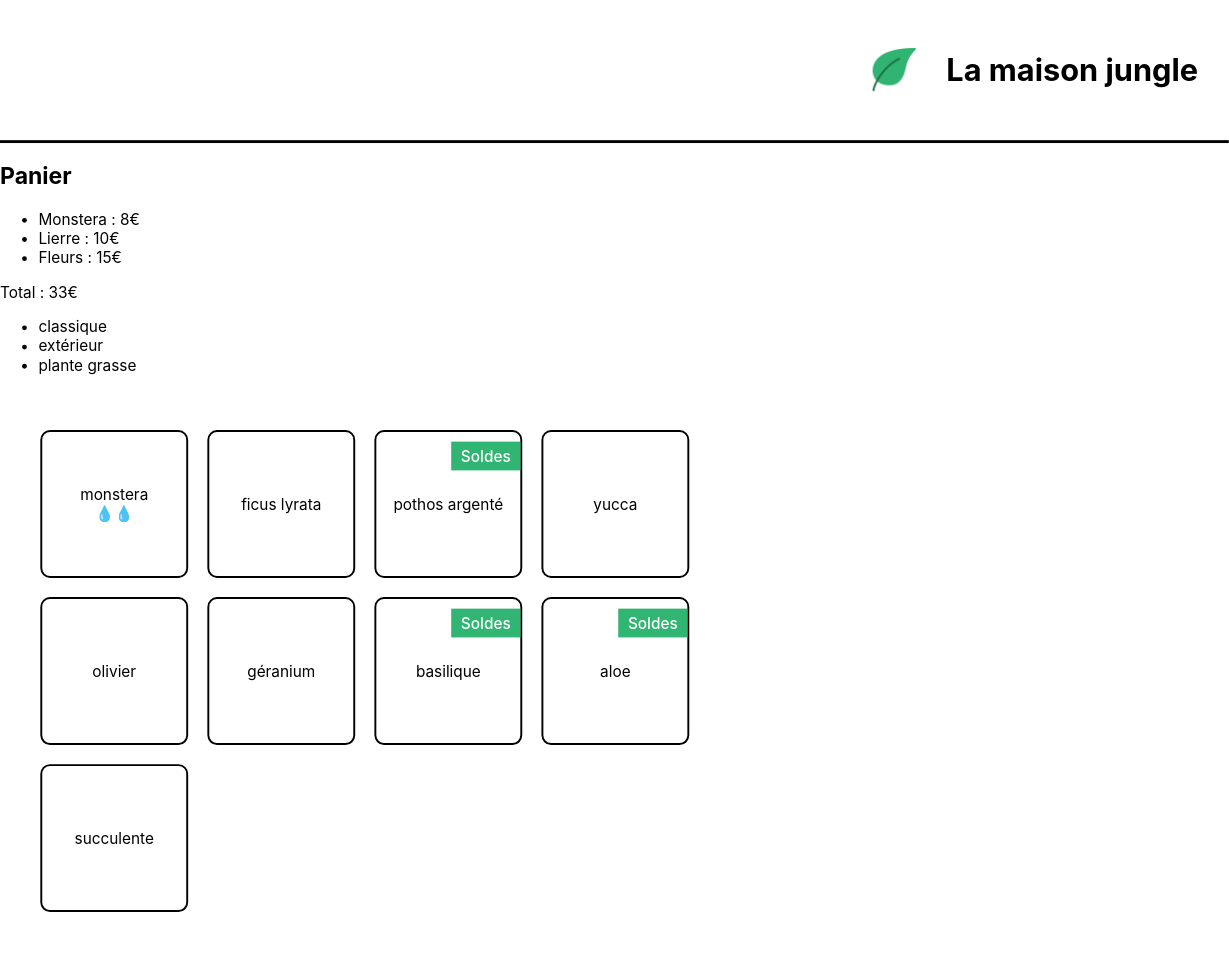
Repository: massndongo/la-maison-junglee
Page: /
These files come from the project's save history. The page is drawn as it stood at one moment and after the next save; the edit follows.
The browser window is 1280 px wide. The pictures show the whole page, at 96% of full size.
The project was rebuilt for these pictures with package versions that can differ from the ones it lists, and the page was loaded fresh each time.

Above is the page before, as saved 2023-03-27 23:53:41.

### src/components/App.js
import Banner from './Banner'
import Cart from './Cart'
import ShoppingList from './ShoppingList'

function App() {
    return <div><Banner /><Cart /><ShoppingList /></div>
}

export default App

### src/components/Banner.js
import logo from '../assets/logo.png'
import '../styles/Banner.css'

function Banner() {
    const title = 'La maison jungle'
    return (
        <div className='lmj-banner'>
            <img src={logo} alt='La maison jungle' className='lmj-logo' />
            <h1 className='lmj-title'>{title}</h1>
        </div>
    )
}

export default Banner

### src/components/Cart.js
function Cart() {
    const monsteraPrice = 8
    const ivyPrice = 10
    const flowerPrice = 15
    return (<div>
        <h2>Panier</h2>
        <ul>
        <li>Monstera : {monsteraPrice}€</li>
         <li>Lierre : {ivyPrice}€</li>
         <li>Fleurs : {flowerPrice}€</li>
        </ul>
          Total : {monsteraPrice + ivyPrice + flowerPrice }€
          </div>)
    }

export default Cart

### src/components/ShoppingList.js
import { plantList } from '../datas/plantList'
import '../styles/ShoppingList.css'
import CareScale from './CareScale'

function ShoppingList() {
	const categories = plantList.reduce(
		(acc, plant) =>
			acc.includes(plant.category) ? acc : acc.concat(plant.category),
		[]
	)

	return (
		<div>
			<ul>
				{categories.map((cat) => (
					<li key={cat}>{cat}</li>
				))}
			</ul>
			<ul className='lmj-plant-list'>
				{plantList.map((plant) => (
					<li key={plant.id} className='lmj-plant-item'>
                        {plant.name}
						<CareScale scaleValue={plant.light} />
                        {plant.isSpecialOffer && <div className='lmj-sales'>Soldes</div>}
                    </li>
				))}
			</ul>
		</div>
	)
}

export default ShoppingList

### src/datas/plantList.js
export const plantList = [
	{
		name: 'monstera',
		category: 'classique',
		id: '1ed',
		water: 1,
		light: 2
	},
	{
		name: 'ficus lyrata',
		category: 'classique',
		id: '2ab'
	},
	{
		name: 'pothos argenté',
		category: 'classique',
		id: '3sd',
		isSpecialOffer: true
	},
	{
		name: 'yucca',
		category: 'classique',
		id: '4kk'
	},
	{
		name: 'olivier',
		category: 'extérieur',
		id: '5pl'
	},
	{
		name: 'géranium',
		category: 'extérieur',
		id: '6uo'
	},
	{
		name: 'basilique',
		category: 'extérieur',
		id: '7ie',
		isSpecialOffer: true
	},
	{
		name: 'aloe',
		category: 'plante grasse',
		id: '8fp',
		isSpecialOffer: true
	},
	{
		name: 'succulente',
		category: 'plante grasse',
		id: '9vn'
	}
]

### src/components/CareScale.js
function CareScale({ scaleValue, careType }) {
    const range = [1, 2, 3]

    const scaleType = careType === 'light' ? '☀️' : '💧'

    return (
        <div>
            {range.map((rangeElem) => scaleValue >= rangeElem ? <span key={rangeElem.toString()}>{scaleType}</span> : null
            )}
        </div>
    )
}
export default CareScale

Loaded but not shown: public/index.html (common file); src/index.js (common file); src/styles/index.css (common file); src/reportWebVitals.js (common file); src/styles/Banner.css (common file); src/styles/ShoppingList.css (common file)

After the next save:
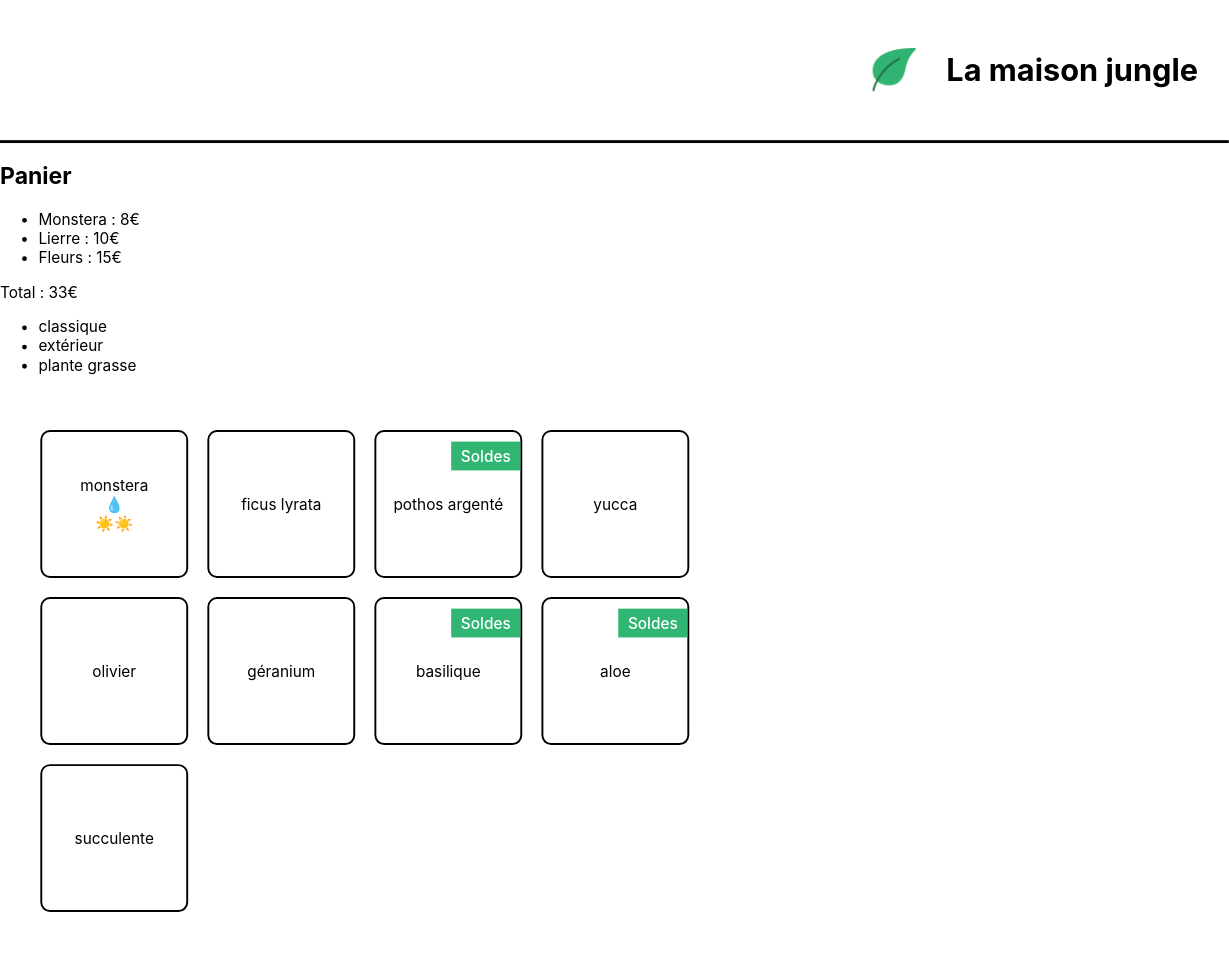
Saved 46 s later.
--- a/src/components/ShoppingList.js
+++ b/src/components/ShoppingList.js
@@ -20,7 +20,8 @@ function ShoppingList() {
 				{plantList.map((plant) => (
 					<li key={plant.id} className='lmj-plant-item'>
                         {plant.name}
-						<CareScale scaleValue={plant.light} />
+						<CareScale careType='water' scaleValue={plant.water} />
+<CareScale careType='light' scaleValue={plant.light} />
                         {plant.isSpecialOffer && <div className='lmj-sales'>Soldes</div>}
                     </li>
 				))}
